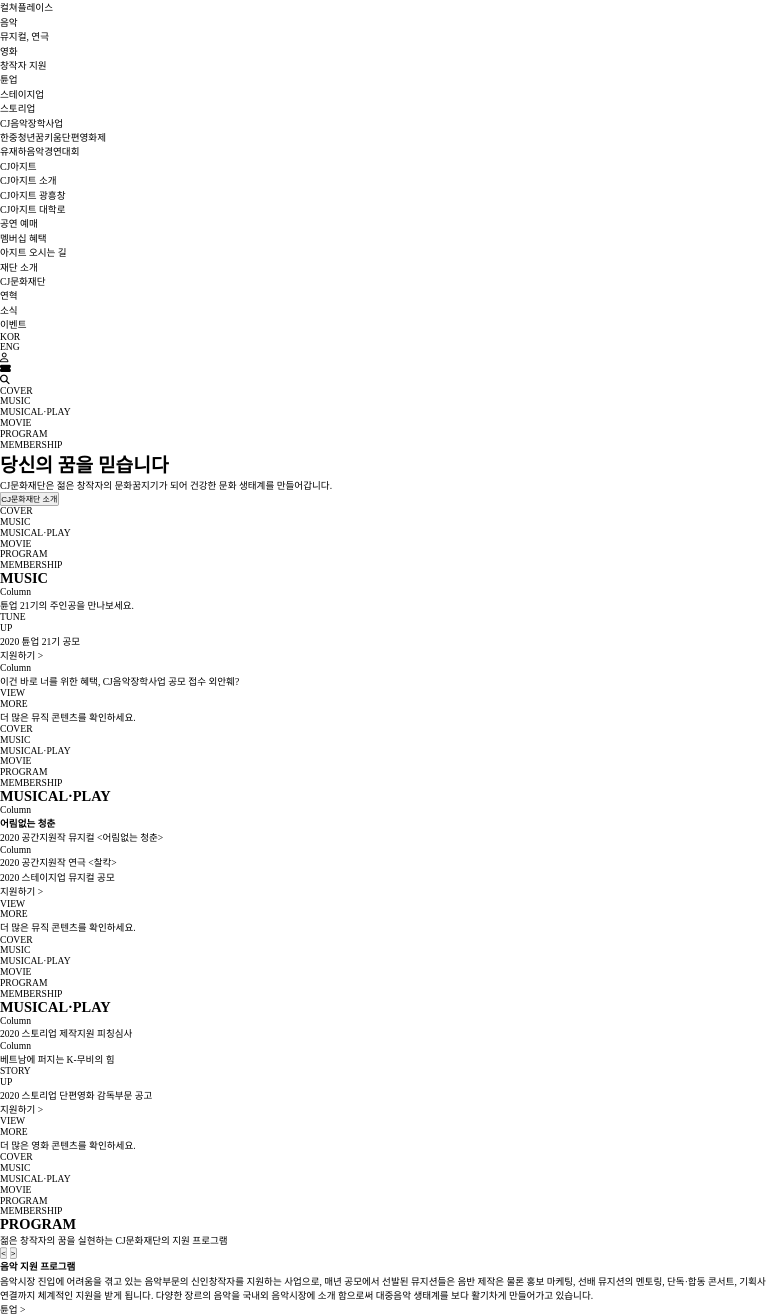
Repository: godcl1623/Tutorials
Page: 습작/CJazit/cjazit-index.html
These files come from the project's save history. The page is drawn as it stood at one moment and after the next save; the edit follows.
The browser window is 1280 px wide. The pictures show the whole page, at 60% of full size.
Some web libraries are served in a nearby version.

Above is the page before, as saved 2021-01-12 21:37:18.

After the next save:
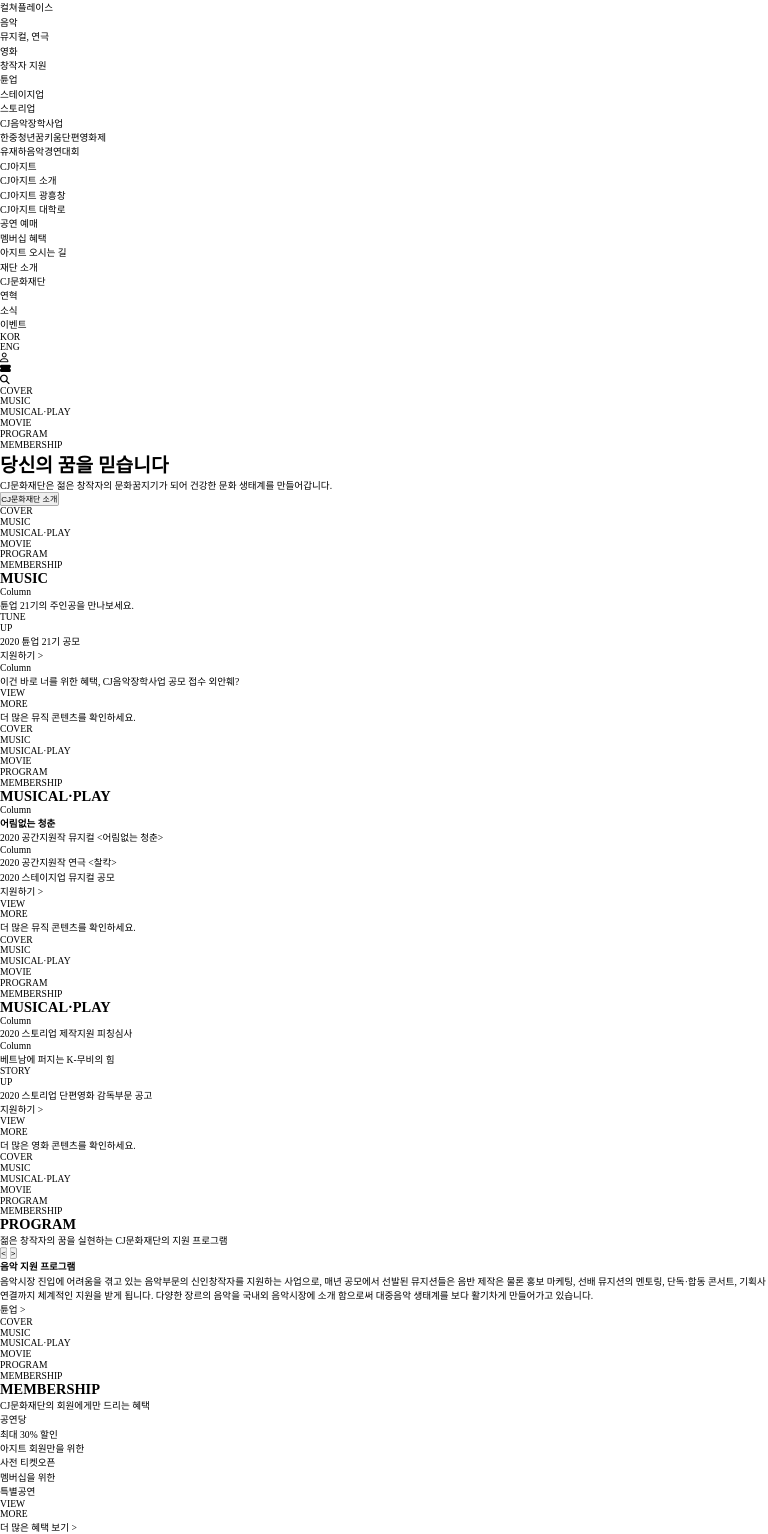
Saved 57 min 29 s later.
--- a/습작/CJazit/cjazit-index.html
+++ b/습작/CJazit/cjazit-index.html
@@ -227,8 +227,44 @@
       </div>
     </div>
   </article>
-  <article class="">
-
+  <article class="article-5-membership">
+    <ul class="sidebar">
+      <li>COVER</li>
+      <li>MUSIC</li>
+      <li>MUSICAL·PLAY</li>
+      <li>MOVIE</li>
+      <li>PROGRAM</li>
+      <li>MEMBERSHIP</li>
+    </ul>
+    <div class="article-5-contents-wrapper">
+      <div class="article-5-summary">
+        <h1>MEMBERSHIP</h1>
+        <p>CJ문화재단의 회원에게만 드리는 혜택</p>
+      </div>
+      <div class="article-5-images-wrapper">
+        <div class="article-5-image-contents">
+          <div class="article-5-image-commentary">
+            <p>공연당<br>최대 30% 할인</p>
+          </div>
+        </div>
+        <div class="article-5-image-contents">
+          <div class="article-5-image-commentary">
+            <p>아지트 회원만을 위한<br>사전 티켓오픈</p>
+          </div>
+        </div>
+        <div class="article-5-image-contents">
+          <div class="article-5-image-commentary">
+            <p>멤버십을 위한<br>특별공연</p>
+          </div>
+        </div>
+        <div class="article-5-image-contents">
+          <div class="article-5-image-commentary">
+            <p>VIEW<br>MORE</p>
+            <p>더 많은 혜택 보기 ></p>
+          </div>
+        </div>
+      </div>
+    </div>
   </article>
   <footer>
 
